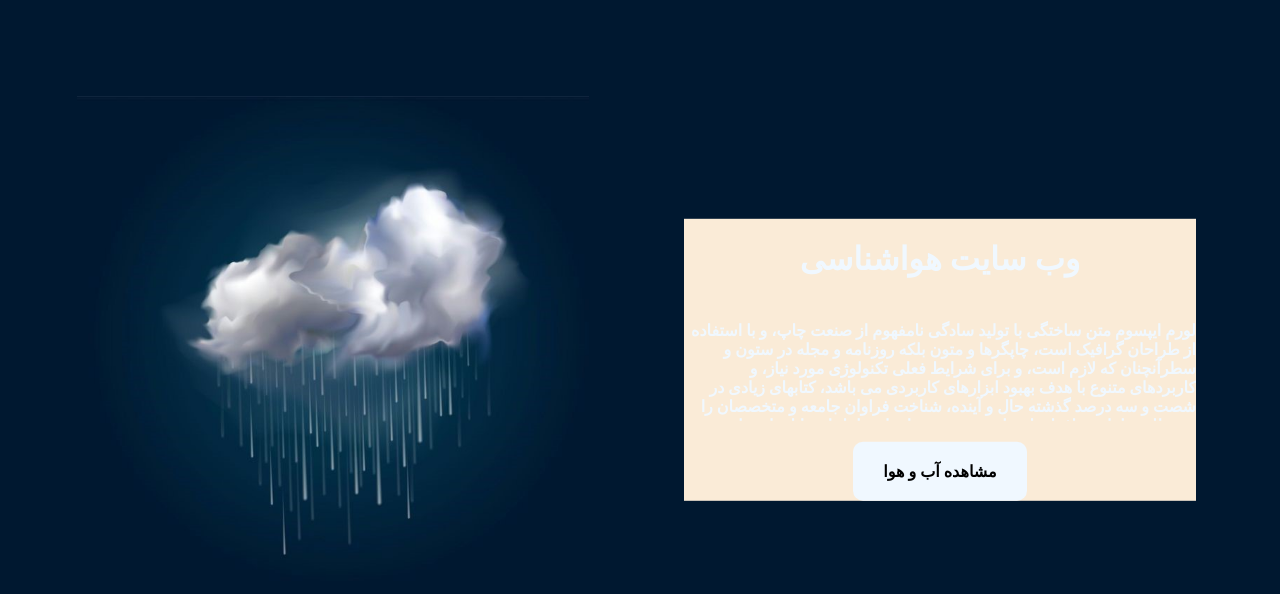
Repository: fateme81yosefi/weather
Page: landing/Landing.html
The author's editor kept a copy of each file at every save. The page is drawn from the files as they stood at one save, then again after a run of saves.
The browser window is 1280 px wide. The pictures show the whole page.
Some web fonts or font styles are not loaded; a fallback is used.

Above is the page before, as saved 2025-02-02 17:02:52.

After the next 2 saves:
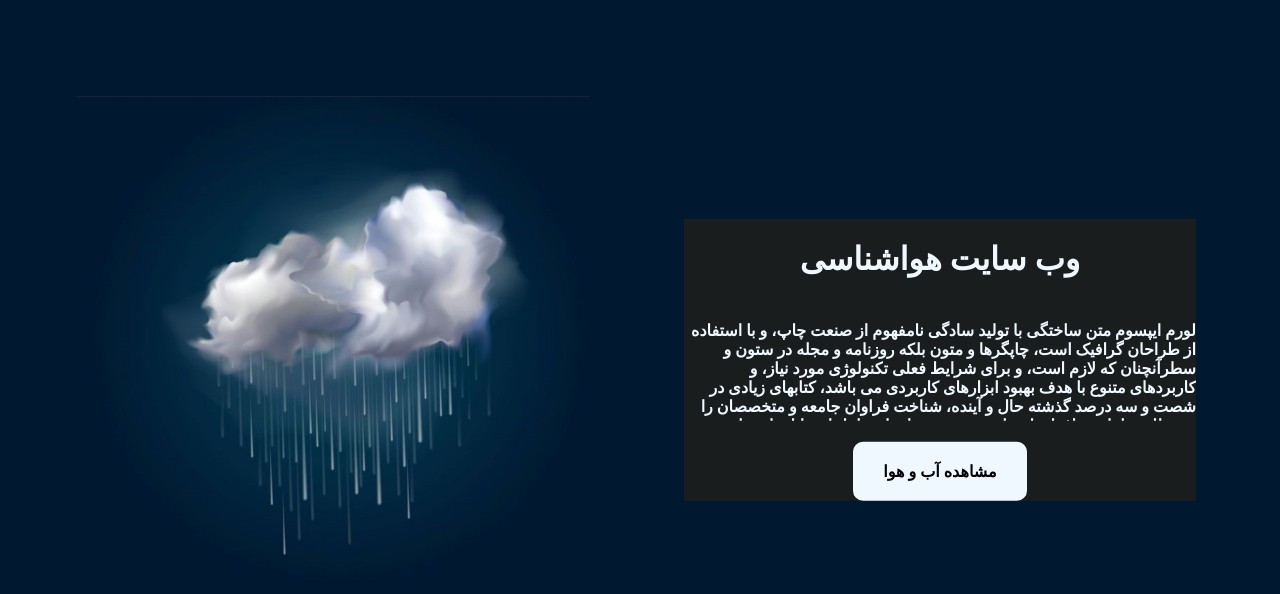
The 2 saves are shown as one change because they came seconds apart.
The last was saved 8 s later.
--- a/landing/style/landing.css
+++ b/landing/style/landing.css
@@ -38,7 +38,7 @@ body {
   flex-direction: column;
   align-items: center;
   justify-content: center;
-  background-color: antiquewhite;
+  background-color: rgba(59, 36, 7, 0.44);
 
 }
 
